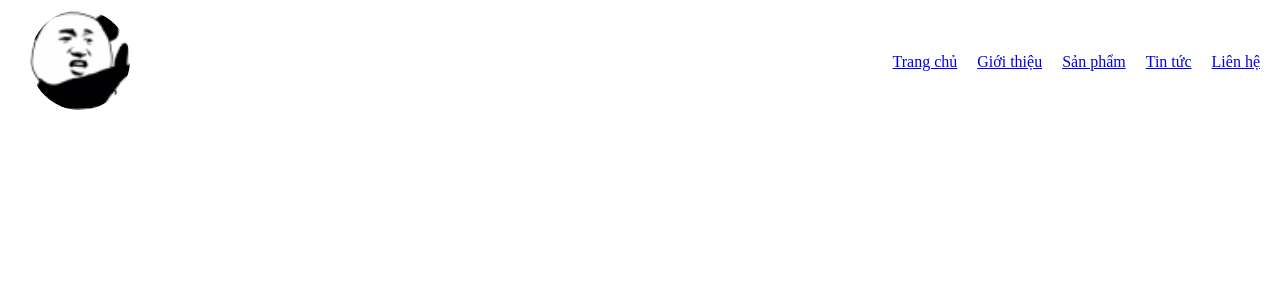
Repository: ThuatDev/BTVN_FE_JUNE
Page: buoi6.html
An editor plug-in stored every save of this project. The page is shown before and after the next save, followed by the edit.
The browser window is 1280 px wide. The pictures show the whole page.

Above is the page before, as saved 2023-08-12 16:13:03.

### buoi6.html
<!DOCTYPE html>
<html lang="en">
  <head>
    <meta charset="UTF-8" />
    <meta name="viewport" content="width=device-width, initial-scale=1.0" />
    <title>Document</title>
    <link rel="stylesheet" href="./assets/style.css" />
  </head>
  <body>
    <header>
      <div class="container-nav">
        <div class="navbar">
          <div class="navbar__logo">
            <img src="./assets/img/brand.png" alt="" />
          </div>
          <div class="navbar__menu">
            <ul class="list-navigator">
              <li class="list-navigator-item">
                <a href="#" class="nav-item">Trang chủ</a>
              </li>
              <li class="list-navigator-item">
                <a href="#" class="nav-item">Giới thiệu</a>
              </li>
              <li class="list-navigator-item">
                <a href="#" class="nav-item">Sản phẩm</a>
              </li>
              <li class="list-navigator-item">
                <a href="#" class="nav-item">Tin tức</a>
              </li>
              <li class="list-navigator-item">
                <a href="#" class="nav-item">Liên hệ</a>
              </li>
            </ul>
          </div>
        </div>
      </div>
    </header>
  </body>
</html>

### assets/style.css
* {
  margin: 0;
  padding: 0;
  box-sizing: border-box;
}
.container-nav {
  max-width: 1280px;
  /* background-color: #0d6efd; */
  margin: 0 auto;
}
.navbar__logo img {
  width: 100px;
  height: 100px;
  object-fit: cover;
  border-radius: 50%;
  margin: 10px;
}
.navbar {
  display: flex;
  justify-content: space-between;
  align-items: center;
  padding: 0 20px;
}
.navbar .navbar__menu .list-navigator {
  display: flex;
  justify-content: space-between;
  align-items: center;
  gap: 0 20px;
}
.navbar .navbar__menu .list-navigator li {
  list-style: none;
}

After the next save:
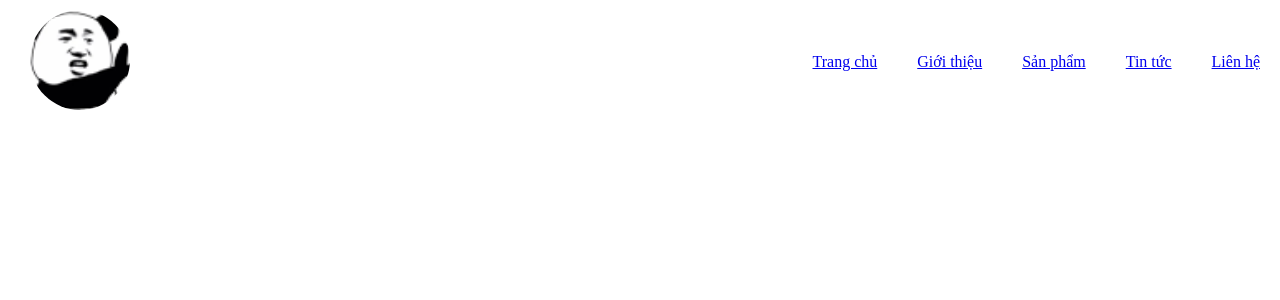
Saved 6 s later.
--- a/assets/style.css
+++ b/assets/style.css
@@ -25,7 +25,7 @@
   display: flex;
   justify-content: space-between;
   align-items: center;
-  gap: 0 20px;
+  gap: 0 40px;
 }
 .navbar .navbar__menu .list-navigator li {
   list-style: none;
